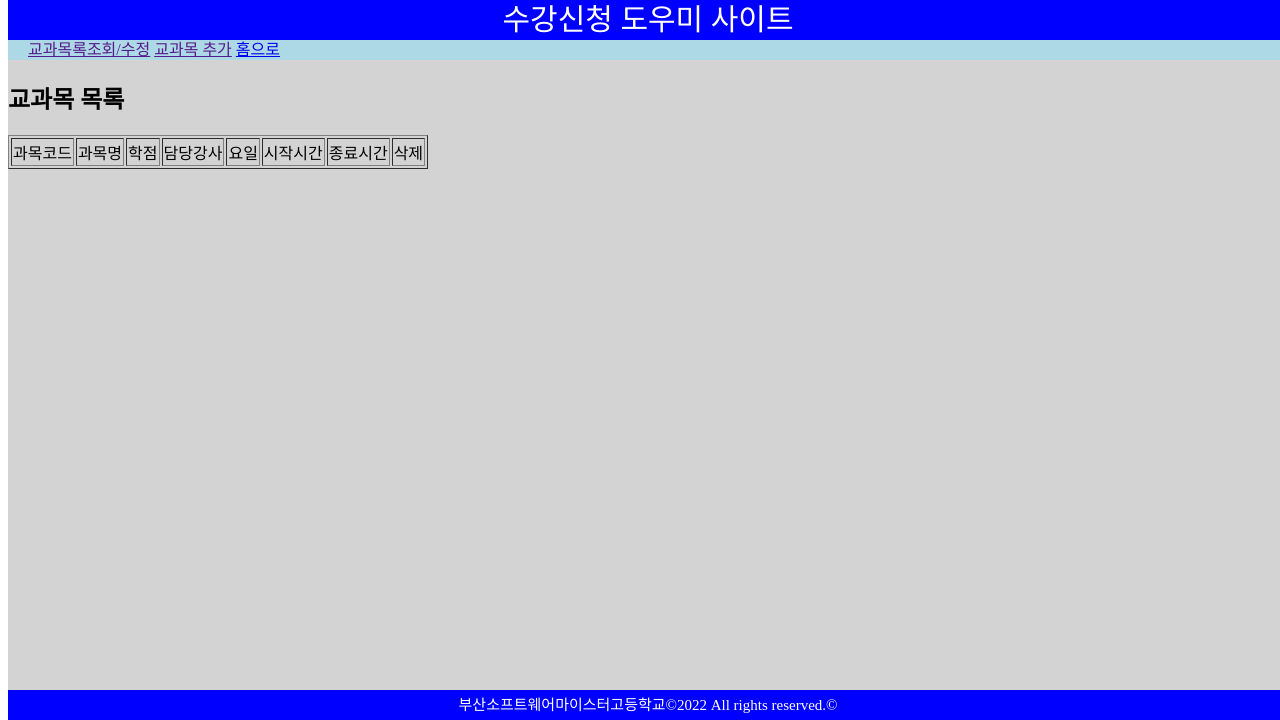
Repository: sookyoungwoo/HRDKOREA2
Page: http://localhost/HRD_2106/list.jsp
The author's editor kept a copy of each file at every save. The page is drawn from the files as they stood at one save, then again after the next save.
The browser window is 1280 px wide. The pictures show the whole page.
The page is served by Tomcat 9. Queries for data that is not in the repository find no rows.

Above is the page before, as saved 2022-08-29 10:51:30.

### HRD_2106/src/main/webapp/list.jsp
<%@page import="DBPKG.Util" %>
<%@page import="java.sql.*" %>
<%@ page language="java" contentType="text/html; charset=UTF-8"
    pageEncoding="UTF-8"%>
<!DOCTYPE html>
<html>
<head>
<meta charset="UTF-8">
<title>list</title>
<link href="style.css" rel="stylesheet">
</head>
<body>
	<jsp:include page="header.jsp"></jsp:include>
	<section>
		<h1>교과목 목록</h1>
		<form name="frm">
			<table border="1">
				<tr>
					<td>과목코드</td>
					<td>과목명</td>
					<td>학점</td>
					<td>담당강사</td>
					<td>요일</td>
					<td>시작시간</td>
					<td>종료시간</td>
					<td>삭제</td>
				</tr>
				<%
					request.setCharacterEncoding("UTF-8");
					try{
						Connection conn = Util.getConnection();
						String sql =
							"Select id, co.name sname, credit, le.name lname, week, start_hour, end_hour " +
							"From course_tbl co, lecturer_tbl le " +
							"WHERE co.lecturer = le.idx " +
							"ORDER BY id ";
						PreparedStatement pstmt = conn.prepareStatement(sql);
						ResultSet rs = pstmt.executeQuery();
						while(rs.next()){
							String week = rs.getString(5);
							switch(week){
							case "1":
								week="월요일";
								break;
							case "2":
								week="화요일";
								break;
							case "3":
								week="수요일";
								break;
							case "4":
								week="목요일";
								break;
							case "5":
								week="금요일";
								break;
						}
						String start_hour=rs.getString(6);
						while(start_hour.length()<4){
							start_hour ="0" + start_hour;
						}
						String start = start_hour.substring(0,2) + "시" + start_hour.substring(2,4) + "분";
						String end_hour=rs.getString(7);
						while(end_hour.length()<4){
							end_hour = "0" + end_hour;
						}
						String end = end_hour.substring(0,2) + "시" + end_hour.substring(2,4)+"분";
				%>
				<tr>
					<td>
						<a href="modify.jsp?id=<%=rs.getString(1) %>"> <%=rs.getString(1) %></a>
					</td>
					<td><%=rs.getString(2) %></td>
					<td><%=rs.getInt(3) %></td>
					<td><%=rs.getString(4) %></td>
					<td><%=week %></td>
					<td><%=start %></td>
					<td><%=end %></td>
					<td>
						<a href="action.jsp?id=<%=rs.getString(1)%>&mode=delete %">삭제</a>
					</td>
				</tr>
				<%
						}
					}
					catch(Exception e){
						e.printStackTrace();
					}
				%>
			</table>
		</form>
	</section>
	<jsp:include page="footer.jsp"></jsp:include>
</body>
</html>

### HRD_2106/src/main/webapp/header.jsp
<%@ page language="java" contentType="text/html; charset=UTF-8"
    pageEncoding="UTF-8"%>
<!DOCTYPE html>
<html>
<head>
<meta charset="UTF-8">
<title>header</title>
</head>
<body>
	<header>수강신청 도우미 사이트</header>
	<nav>
		<a href="">교과목록조회/수정</a>
		<a href="">교과목 추가</a>
		<a href="index.jsp">홈으로</a>
	</nav>
</body>
</html>

### HRD_2106/src/main/webapp/footer.jsp
<%@ page language="java" contentType="text/html; charset=UTF-8"
    pageEncoding="UTF-8"%>
<!DOCTYPE html>
<html>
<head>
<meta charset="UTF-8">
<title>Insert title here</title>
</head>
<body>
	<footer>
		부산소프트웨어마이스터고등학교©2022 All rights reserved.©
	</footer>
</body>
</html>

### HRD_2106/src/main/java/DBPKG/Util.java
package DBPKG;
import java.sql.*;

public class Util {
	public static Connection getConnection() throws Exception{
			Class.forName("oracle.jdbc.OracleDriver");
			Connection con = DriverManager.getConnection("jdbc:oracle:thin:@//localhost:1521/XE", "system", "1234");
			return con;
	}
}

### HRD_2106/src/main/webapp/style.css
header{
	position: fixed;
	top: 0px;
	width: 100%;
	height: 40px;
	background-color: blue;
	color: white;
	text-align: center;
	line-height: 40px;
	font-size: 30px;
}

footer{
	position: fixed;
	bottom: 0px;
	width: 100%;
	height: 30px;
	background-color: blue;
	color: white;
	text-align: center;
	line-height: 30px;
	font-size: 15px;
}
nav{
	position: fixed;
	top: 40px;
	width: 100%;
	height: 20px;
	background-color: lightblue;
	color: white;
	line-height: 20px;
	padding-left: 20px;
}
section{
	position: fixed;
	top: 60px;
	width: 100%;
	height:100%;
	background-color: lightgray;
}

After the next save:
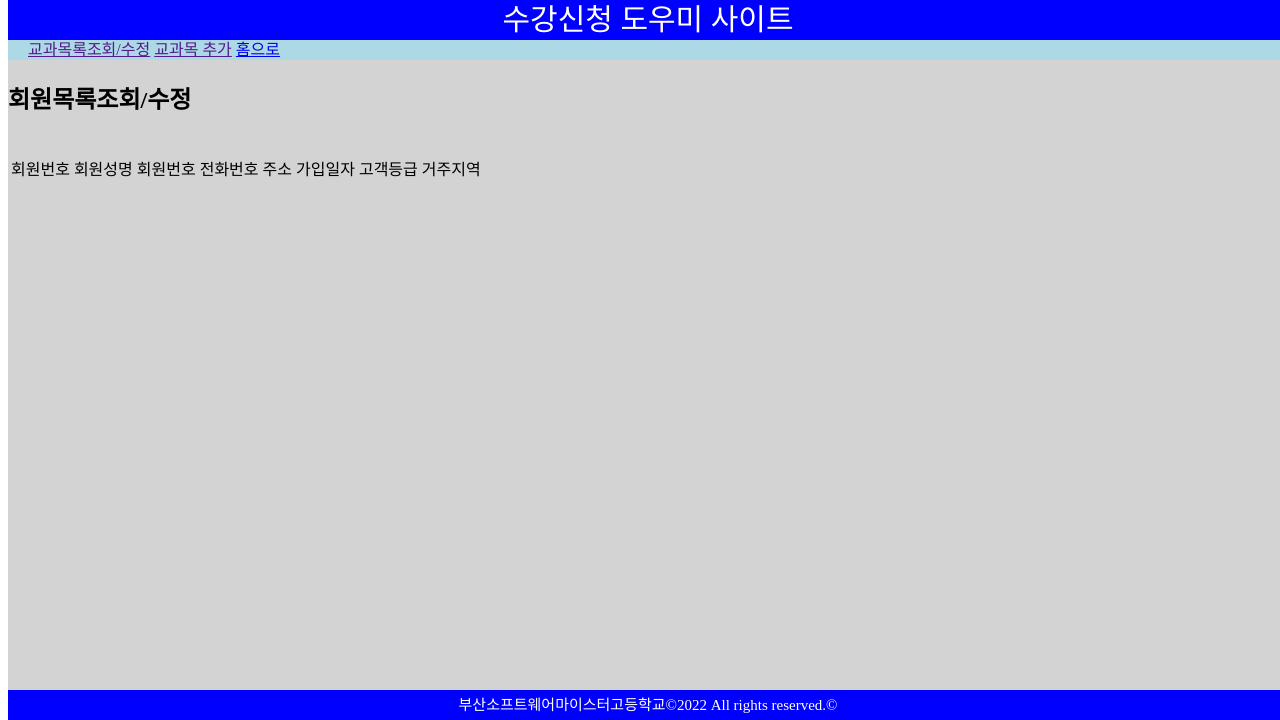
Saved 2 min 41 s later.
--- a/HRD_2106/src/main/webapp/list.jsp
+++ b/HRD_2106/src/main/webapp/list.jsp
@@ -1,5 +1,5 @@
-<%@page import="DBPKG.Util" %>
-<%@page import="java.sql.*" %>
+<%@page import="DBPKG.Util"%>
+<%@page import="java.sql.*"%>
 <%@ page language="java" contentType="text/html; charset=UTF-8"
     pageEncoding="UTF-8"%>
 <!DOCTYPE html>
@@ -7,89 +7,69 @@
 <head>
 <meta charset="UTF-8">
 <title>list</title>
-<link href="style.css" rel="stylesheet">
+<link rel="stylesheet" href="style.css">
 </head>
 <body>
-	<jsp:include page="header.jsp"></jsp:include>
-	<section>
-		<h1>교과목 목록</h1>
-		<form name="frm">
-			<table border="1">
-				<tr>
-					<td>과목코드</td>
-					<td>과목명</td>
-					<td>학점</td>
-					<td>담당강사</td>
-					<td>요일</td>
-					<td>시작시간</td>
-					<td>종료시간</td>
-					<td>삭제</td>
-				</tr>
-				<%
-					request.setCharacterEncoding("UTF-8");
-					try{
-						Connection conn = Util.getConnection();
-						String sql =
-							"Select id, co.name sname, credit, le.name lname, week, start_hour, end_hour " +
-							"From course_tbl co, lecturer_tbl le " +
-							"WHERE co.lecturer = le.idx " +
-							"ORDER BY id ";
-						PreparedStatement pstmt = conn.prepareStatement(sql);
-						ResultSet rs = pstmt.executeQuery();
-						while(rs.next()){
-							String week = rs.getString(5);
-							switch(week){
-							case "1":
-								week="월요일";
-								break;
-							case "2":
-								week="화요일";
-								break;
-							case "3":
-								week="수요일";
-								break;
-							case "4":
-								week="목요일";
-								break;
-							case "5":
-								week="금요일";
-								break;
-						}
-						String start_hour=rs.getString(6);
-						while(start_hour.length()<4){
-							start_hour ="0" + start_hour;
-						}
-						String start = start_hour.substring(0,2) + "시" + start_hour.substring(2,4) + "분";
-						String end_hour=rs.getString(7);
-						while(end_hour.length()<4){
-							end_hour = "0" + end_hour;
-						}
-						String end = end_hour.substring(0,2) + "시" + end_hour.substring(2,4)+"분";
-				%>
-				<tr>
-					<td>
-						<a href="modify.jsp?id=<%=rs.getString(1) %>"> <%=rs.getString(1) %></a>
-					</td>
-					<td><%=rs.getString(2) %></td>
-					<td><%=rs.getInt(3) %></td>
-					<td><%=rs.getString(4) %></td>
-					<td><%=week %></td>
-					<td><%=start %></td>
-					<td><%=end %></td>
-					<td>
-						<a href="action.jsp?id=<%=rs.getString(1)%>&mode=delete %">삭제</a>
-					</td>
-				</tr>
-				<%
-						}
-					}
-					catch(Exception e){
-						e.printStackTrace();
-					}
-				%>
-			</table>
-		</form>
-	</section>
-	<jsp:include page="footer.jsp"></jsp:include>
+<jsp:include page="header.jsp"/>
+
+<section>
+<h2><b>회원목록조회/수정</b></h2><br>
+<form>
+	<table>
+		<tr>
+			<td>회원번호</td>
+			<td>회원성명</td>
+			<td>회원번호</td>
+			<td>전화번호</td>
+			<td>주소</td>
+			<td>가입일자</td>
+			<td>고객등급</td>
+			<td>거주지역</td>
+		</tr>
+<%
+request.setCharacterEncoding("UTF-8");
+Connection conn = null;
+Statement stmt = null;
+String grade="";
+try {
+	conn = Util.getConnection();
+	stmt = conn.createStatement();
+	String sql = "select * from member_tbl_02 order by custno";
+	ResultSet rs = stmt.executeQuery(sql);
+	while(rs.next()) {
+		grade = rs.getString("grade");
+		switch(grade) {
+		case "A":
+			grade = "VIP";
+			break;
+		case "B":
+			grade = "일반";
+			break;
+		case "C":
+			grade = "직원";
+			break;
+		}
+%>
+		<tr>
+			<td><a href="modify.jsp?mod_custno=<%=rs.getString("custno") %>"><%=rs.getString("custno") %></a></td>
+			<td><%=rs.getString("custno") %></td>
+			<td><%=rs.getString("custname") %></td>
+			<td><%=rs.getString("phone") %></td>
+			<td><%=rs.getString("address") %></td>
+			<td><%=rs.getDate("joindate") %></td>
+			<td><%=grade %></td>
+			<td><%=rs.getString("city") %></td>
+		</tr>
+<%
+	}
+} catch(Exception e) {
+	e.printStackTrace();
+}
+%>
+	</table>
+</form>
+</section>
+
+<jsp:include page="footer.jsp"/>
 </body>
 </html>

After the save that followed:
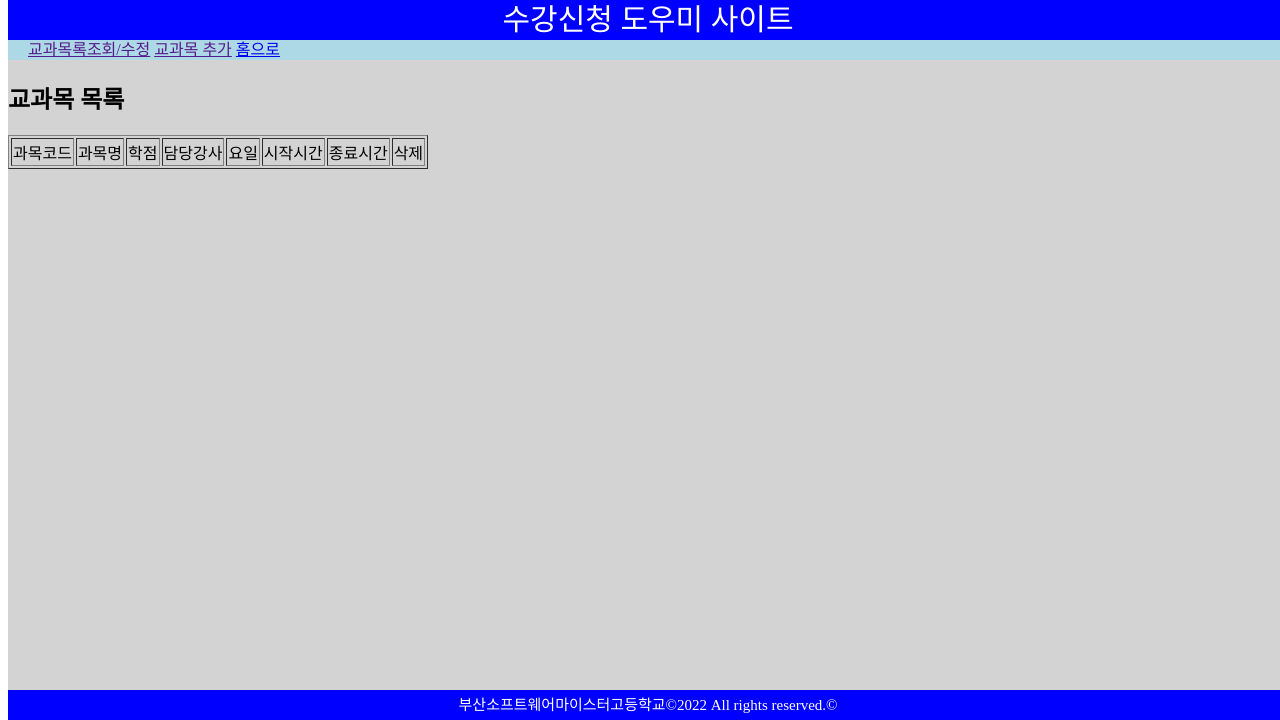
Saved 5 s later.
--- a/HRD_2106/src/main/webapp/list.jsp
+++ b/HRD_2106/src/main/webapp/list.jsp
@@ -1,5 +1,5 @@
-<%@page import="DBPKG.Util"%>
-<%@page import="java.sql.*"%>
+<%@page import="DBPKG.Util" %>
+<%@page import="java.sql.*" %>
 <%@ page language="java" contentType="text/html; charset=UTF-8"
     pageEncoding="UTF-8"%>
 <!DOCTYPE html>
@@ -7,69 +7,89 @@
 <head>
 <meta charset="UTF-8">
 <title>list</title>
-<link rel="stylesheet" href="style.css">
+<link href="style.css" rel="stylesheet">
 </head>
 <body>
-<jsp:include page="header.jsp"/>
-
-<section>
-<h2><b>회원목록조회/수정</b></h2><br>
-<form>
-	<table>
-		<tr>
-			<td>회원번호</td>
-			<td>회원성명</td>
-			<td>회원번호</td>
-			<td>전화번호</td>
-			<td>주소</td>
-			<td>가입일자</td>
-			<td>고객등급</td>
-			<td>거주지역</td>
-		</tr>
-<%
-request.setCharacterEncoding("UTF-8");
-Connection conn = null;
-Statement stmt = null;
-String grade="";
-try {
-	conn = Util.getConnection();
-	stmt = conn.createStatement();
-	String sql = "select * from member_tbl_02 order by custno";
-	ResultSet rs = stmt.executeQuery(sql);
-	while(rs.next()) {
-		grade = rs.getString("grade");
-		switch(grade) {
-		case "A":
-			grade = "VIP";
-			break;
-		case "B":
-			grade = "일반";
-			break;
-		case "C":
-			grade = "직원";
-			break;
-		}
-%>
-		<tr>
-			<td><a href="modify.jsp?mod_custno=<%=rs.getString("custno") %>"><%=rs.getString("custno") %></a></td>
-			<td><%=rs.getString("custno") %></td>
-			<td><%=rs.getString("custname") %></td>
-			<td><%=rs.getString("phone") %></td>
-			<td><%=rs.getString("address") %></td>
-			<td><%=rs.getDate("joindate") %></td>
-			<td><%=grade %></td>
-			<td><%=rs.getString("city") %></td>
-		</tr>
-<%
-	}
-} catch(Exception e) {
-	e.printStackTrace();
-}
-%>
-	</table>
-</form>
-</section>
-
-<jsp:include page="footer.jsp"/>
+	<jsp:include page="header.jsp"></jsp:include>
+	<section>
+		<h1>교과목 목록</h1>
+		<form name="frm">
+			<table border="1">
+				<tr>
+					<td>과목코드</td>
+					<td>과목명</td>
+					<td>학점</td>
+					<td>담당강사</td>
+					<td>요일</td>
+					<td>시작시간</td>
+					<td>종료시간</td>
+					<td>삭제</td>
+				</tr>
+				<%
+					request.setCharacterEncoding("UTF-8");
+					try{
+						Connection conn = Util.getConnection();
+						String sql =
+							"Select id, co.name sname, credit, le.name lname, week, start_hour, end_hour " +
+							"From course_tbl co, lecturer_tbl le " +
+							"WHERE co.lecturer = le.idx " +
+							"ORDER BY id ";
+						PreparedStatement pstmt = conn.prepareStatement(sql);
+						ResultSet rs = pstmt.executeQuery();
+						while(rs.next()){
+							String week = rs.getString(5);
+							switch(week){
+							case "1":
+								week="월요일";
+								break;
+							case "2":
+								week="화요일";
+								break;
+							case "3":
+								week="수요일";
+								break;
+							case "4":
+								week="목요일";
+								break;
+							case "5":
+								week="금요일";
+								break;
+						}
+						String start_hour=rs.getString(6);
+						while(start_hour.length()<4){
+							start_hour ="0" + start_hour;
+						}
+						String start = start_hour.substring(0,2) + "시" + start_hour.substring(2,4) + "분";
+						String end_hour=rs.getString(7);
+						while(end_hour.length()<4){
+							end_hour = "0" + end_hour;
+						}
+						String end = end_hour.substring(0,2) + "시" + end_hour.substring(2,4)+"분";
+				%>
+				<tr>
+					<td>
+						<a href="modify.jsp?id=<%=rs.getString(1) %>"> <%=rs.getString(1) %></a>
+					</td>
+					<td><%=rs.getString(2) %></td>
+					<td><%=rs.getInt(3) %></td>
+					<td><%=rs.getString(4) %></td>
+					<td><%=week %></td>
+					<td><%=start %></td>
+					<td><%=end %></td>
+					<td>
+						<a href="action.jsp?id=<%=rs.getString(1)%>&mode=delete %">삭제</a>
+					</td>
+				</tr>
+				<%
+						}
+					}
+					catch(Exception e){
+						e.printStackTrace();
+					}
+				%>
+			</table>
+		</form>
+	</section>
+	<jsp:include page="footer.jsp"></jsp:include>
 </body>
 </html>
